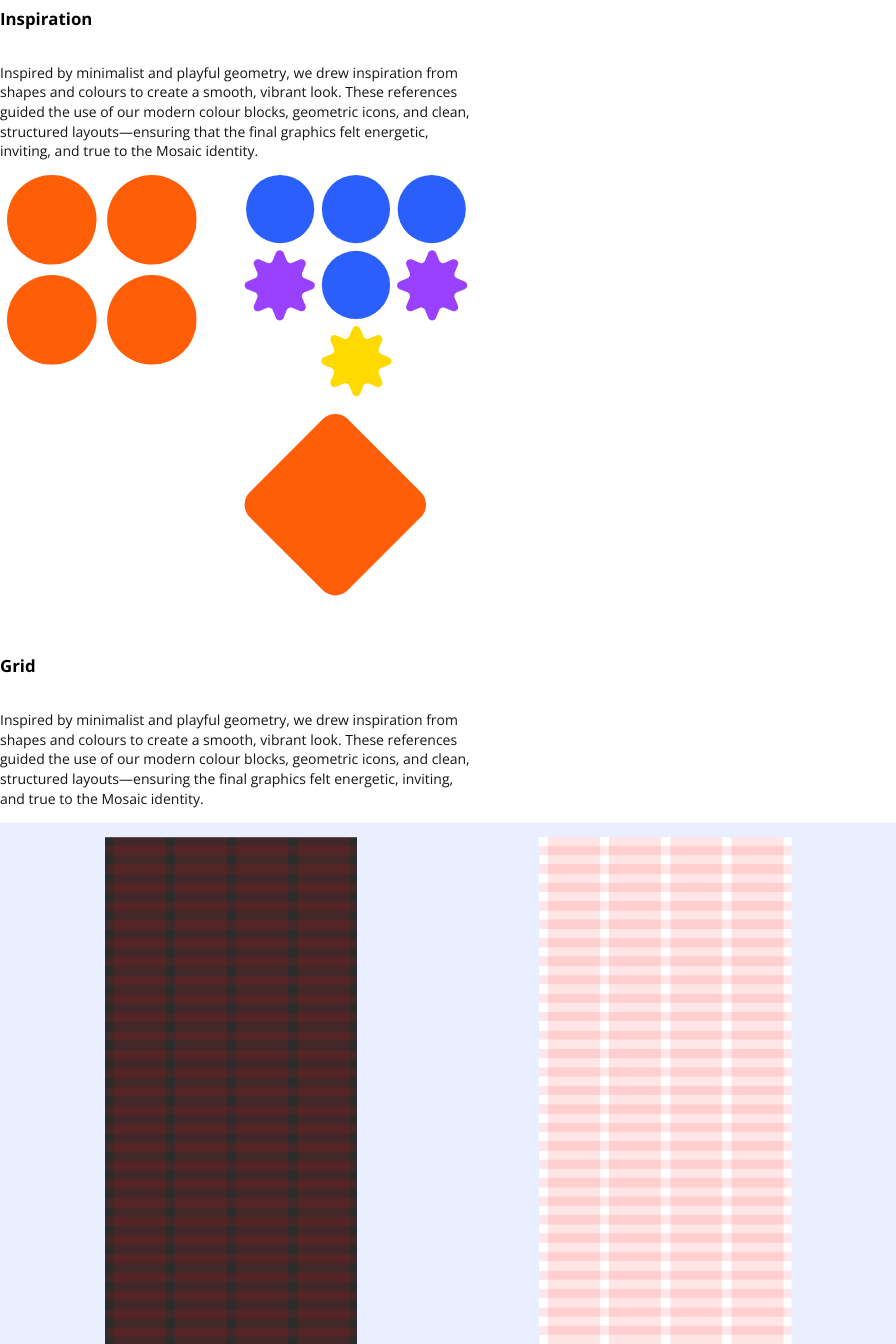
Repository: brunaguarizo/MDIA2109_Mosaic
Page: graphics.html
An editor plug-in stored every save of this project. The page is shown before and after the next save, followed by the edit.
The browser window is 1280 px wide. The pictures show the part of the page from y = 920 to 2840 px (the page is 3161 px tall before and 3209 px after), at 70% of full size.
Some web fonts or font styles are not loaded; a fallback is used.

Above is the page before, as saved 2025-04-07 19:36:01.

### graphics.html
<!DOCTYPE html>
<html lang="en">
<head>
    <meta charset="UTF-8">
    <meta name="viewport" content="width=device-width, initial-scale=1.0">
    <title>Mosaic - Styleguide</title>

    <link rel="stylesheet" href="CSS/styles.css">
    <link rel="stylesheet" href="CSS/variables.css">
    <link rel="stylesheet" href="CSS/graphics.css">

    <link rel="icon" href="img/mosaic-favicon.svg" type="image/svg+xml">

    <link rel="preconnect" href="https://fonts.googleapis.com">
    <link rel="preconnect" href="https://fonts.gstatic.com" crossorigin>
    <link href="https://fonts.googleapis.com/css2?family=Archivo+Black&family=Boldonse&family=Changa+One:ital@0;1&family=Erica+One&family=Open+Sans:ital,wght@0,300..800;1,300..800&display=swap" rel="stylesheet">

</head>
<body>
    <div class="nav-bar">

        <a href="index.html">
            <img class="logo" src="img/Logo-Horizontal.svg" alt="Mosaic - Horizontal Logo - Negative" />
        </a>

        <div class="menu">
            <a class="menu-item menu-text" href="index.html">Overview</a>
            <a class="menu-item menu-text" href="logo.html">Logo and Symbol</a>
            <a class="menu-item menu-text" href="type.html">Typography</a>
            <a class="menu-item menu-text" href="color.html">Color</a>
            <a class="menu-item menu-text" href="icon.html">Iconography</a>
            <a class="menu-item menu-text" href="image.html">Imagery</a>
            <a class="menu-item menu-text" href="graphics.html">Graphics</a>
            <a class="menu-item menu-text" href="references.html">References</a>
        </div>
    </div>


    <main class="Container">
        <header class="banner-hero">
            <h2 class="title-section">Graphics</h2>
            <div class="image-hero">
                <img src="img/graphics/Graphics Display.svg" alt="Mosaic - Graphic">
            </div>
            <div class="text">
                <p class="body-text">Mosaic, at its core, captures the energy of designers, developers, and marketers - each shape displays a vital piece in bringing ideas and solutions together. To represent this, our graphics revolve around bold geometric elements that mirror this energy; uniting them into a cohesive, inspiring whole.</p>
            </div>
            <div>
        </header>
        <section class="graphics-block">
            <div class="content-block__Graphics">
                <h2 class="content-block-Graphics_Header">Inspiration</h2>
                 <p class="text body-text">Inspired by minimalist and playful geometry, we drew inspiration from shapes and colours to create a smooth, vibrant look. These references guided the use of our modern colour blocks, geometric icons, and clean, structured layouts—ensuring that the final graphics felt energetic, inviting, and true to the Mosaic identity.</p>
            </div>
            <div class="Graphics_Representation">
                <div class="graphic-item_Circles">
                    <img src="img/graphics/Circles.svg">
                </div>
                <div class="graphic-item_Miscalenous">
                    <img src="img/graphics/Miscalenous.svg">
                </div>
                <div class="graphic-item_Diamonds">
                    <img src="img/graphics/Diamonds.svg">
                </div>


            </div>
            <div class="content-block__Grids">
                <h2 class="content-block-Grids_Header">Grid</h2>
                 <p class="text body-text">Inspired by minimalist and playful geometry, we drew inspiration from shapes and colours to create a smooth, vibrant look. These references guided the use of our modern colour blocks, geometric icons, and clean, structured layouts—ensuring the final graphics felt energetic, inviting, and true to the Mosaic identity.</p>
            </div>
            <div class="Grid_Representation">
                <div class="grid-image">
                    <img src="img/graphics/Grid 1.svg">
                </div>
                <div class="grid-image">
                    <img src="img/graphics/Grid 2.svg">
                </div>



            </div>

        </section>


        <div class="button-row">
            <a class="button-content" href="color.html">
                <img src="img/arrow-left.svg" alt="Arrow left">
                <p class="button">Color</p>
            </a>
            <a class="button-content" href="references.html">
                <p class="button">References</p>
                <img src="img/arrow-right.svg" alt="Arrow Right">
            </a>
        </div>

    </main>

    <footer class="footer">
        <div class="two-column">
            <a href="index.html" >
                <img class="logo" src="img/Logo-Horizontal.svg" alt="Mosaic - Horizontal Logo - Negative" />
            </a>
            <p class="footer-text">© 2025 Mosaic. All rights reserved.</p>
        </div>
    </footer>

</body>

### CSS/styles.css
/* ------------------------------------------------------ GENERAL STYLES ------------------------------------------------------ */
html, body {
    width: 100%;
    margin: 0;
    padding: 0;
    font-family: var(--font-family);
    box-sizing: border-box;
    height: 100%;
}

*, *::before, *::after {
    box-sizing: inherit;
}

html {
    display: flex;
    flex-direction: column;
    align-items: center;
    gap: var(--space-extra-large);
}

.container {
    display: grid;
    grid-template-columns: 1fr;
    gap: var(--space-large);
    margin: var(--space-large) auto var(--space-large) auto;
    max-width: 1512px;
    width: 100%;
}

.two-column {
    display: grid;
    grid-template-columns: 1fr 1fr;
    gap: var(--space-large);
    width: 100%;
}

.three-column {
    display: grid;
    grid-template-columns: 1fr 1fr 1fr;
    gap: var(--space-large);
}


.header-xxlarge {
    color: var(--black);
    font-size: var(--header-xxlarge-size);
    font-weight: var(--font-weight-700);
    line-height: var(--line-height-xxlarge);
    margin-bottom: var(--space-medium);
}

.title-section {
    color: var(--black);
    font-size: var(--title-section-font-size);
    font-weight: var(--font-weight-600);
    line-height: var(--line-height-large);
    margin-bottom: var(--space-regular);
    text-decoration: none;
}

.body-text {
    color: var(--black);
    font-size: var(--body-text-font-size);
    font-weight: var(--font-weight-400);
    line-height: var(--line-height-medium);
    margin-top: 0;
}

.menu-text {
    color: var(--white);
    font-size: var(--menu-font-size);
    font-weight: var(--font-weight-400);
    line-height: var(--line-height-small);
    text-decoration: none;
}

.menu-text-hover {
    font-weight: var(--menu-text-hover-font-weight);
}

.label {
    color: var(--black);
    font-size: var(--label-font-size);
    font-weight: var(--font-weight-400);
    line-height: var(--line-height-small);
}

.button {
    color: var(--white);
    text-align: center;
    font-size: var(--button-font-size);
    font-weight: var(--font-weight-600);
    line-height: var(--line-height-medium);
    text-decoration: none;
}

/* ----- NAV BAR ----- */
.nav-bar {
    display: flex;
    width: 100%;
    height: 80px;
    padding: 0 var(--space-large);
    justify-content: space-between;
    align-items: center;
    background-color: var(--blue-primary);
    position: fixed;
    top: 0;
    left: 0;
    right: 0;
    z-index: 1000;
}

.menu {
    display: flex;
    align-items: center;
    gap: var(--space-large);
}

/* ----- BUTTONS ----- */
.button-row {
    display: grid;
    grid-template-columns: repeat(2, 1fr);
    gap: var(--space-large);
    margin: var(--space-large) auto;
    width: 100%;
}

.button-content {
    width: 100%;
    max-width: none;
    height: var(--space-large);
    gap: 48px;
    border-radius: 8px;
    display: flex;
    justify-content: space-between;
    align-items: center;
    padding: var(--space-medium);
    background-color: var(--blue-primary);
    border: none;
    box-sizing: border-box;
    margin: 0;
    transition: all 0.3s ease;
    text-decoration: none;
}

.button-content:hover {
    background-color: var(--blue-900);
    transform: scale(1.1);
}

.button-content img {
    width: 20px;
    height: 20px;
}

.button-content p {
    color: var(--white);
    font-size: var(--menu-font-size);
}

/* ----- FOOTER ----- */
.footer {
    display: flex;
    width: 100%;
    height: 80px;
    padding: 0 var(--space-large);
    justify-content: space-between;
    align-items: center;
    background-color: var(--blue-900);
}

.footer .two-column {
    display: flex;
    justify-content: space-between;
    width: 100%;
    align-items: center;
}

.footer-text {
    color: var(--white);
    text-align: right;
    margin-left: auto;
}

### CSS/variables.css
/* ------------------------------------------------------ VARIABLES ------------------------------------------------------ */
:root {
    /* ----- COLORS ----- */
    --blue-primary: rgb(43,95,252);
    --blue-50: rgb(234, 239, 255);
    --blue-900: rgb(18, 40, 106);
    --white: #FFFFFF;
    --black: rgb(20, 20, 20);
    --grey-400: rgb(67, 67, 67);
    --yellow-secondary: rgb(255, 218, 1);
    --orange-secondary: rgb(255, 94, 9);
    --green-secondary: rgb(0, 193, 79);
    --purple-secondary: rgb(154, 65, 255);

    /* ----- TYPE ----- */
    --font-family: "Open Sans", sans-serif;
    --header-xxlarge-size: 88px;
    --title-section-font-size: 30px;
    --button-font-size: 24px;
    --body-text-font-size: 20px;
    --menu-font-size: 16px;
    --label-font-size: 16px;
    --font-style-normal: normal;
    --font-weight-700: 700;
    --font-weight-600: 600;
    --font-weight-400: 400;
    --menu-text-hover-font-weight: 700;
    --line-height-xxlarge: 100px;
    --line-height-large: 36px;
    --line-height-medium: 28px;
    --line-height-small: 20px;

    /* ----- SPACING ----- */
    --space-small: 8px;
    --space-regular: 16px;
    --space-medium: 32px;
    --space-large: 48px;
    --space-extra-large: 140px;
}

### CSS/graphics.css
/* ----- BANNER HERO ----- */
.banner-hero {
    display: flex;
    width: 100%;
    max-width: 1512px;
    height: fit-content;
    padding: var(--space-large);
    flex-direction: column;
    align-items: flex-start;
    background: var(--blue-50);
    margin: 0 auto;
    overflow: hidden;
    padding-top: var(--space-extra-large);
}

.image-hero {
    display: flex;
    flex-direction: row;
    align-items: center;
    margin: 0;
}

.text {
    max-width: 686px;
    margin-top: var(--space-large);
}
/* GRAPHICS */
.Graphics_Representation{
    display: grid;
    grid-template-columns: 1fr 1fr 1fr;
    grid-template-rows: 1fr;
}
.graphic-item_Circles{
    grid-column: 1/2;
    width: 100%;
}
.graphic-item_Diamonds{
    grid-column: 2/3;
    width: 100%;
}
.graphic-item_Miscelanous{
    grid-column: 3/4;
    width: 100%;
}

/* Grid */

.Grid_Representation{

    display: grid;
    grid-template-columns: 1fr 1fr;
    grid-template-rows: 1fr;
    background-color: var(--blue-50);;
    padding: 20px;
    border: 10px;
    width: 100%;

}

.grid-image{
    display: flex;
    justify-content: center;
}

.graphics-block{
    display: flex;
    width: 100%;
    max-width: 1512px;
    height: fit-content;
    flex-direction: column;
    align-items: flex-start;
    margin: 0 auto;

}

.content-block-Grids_Header,.content-block__Graphics{
    padding-top: var(--space-large);
}

After the next save:
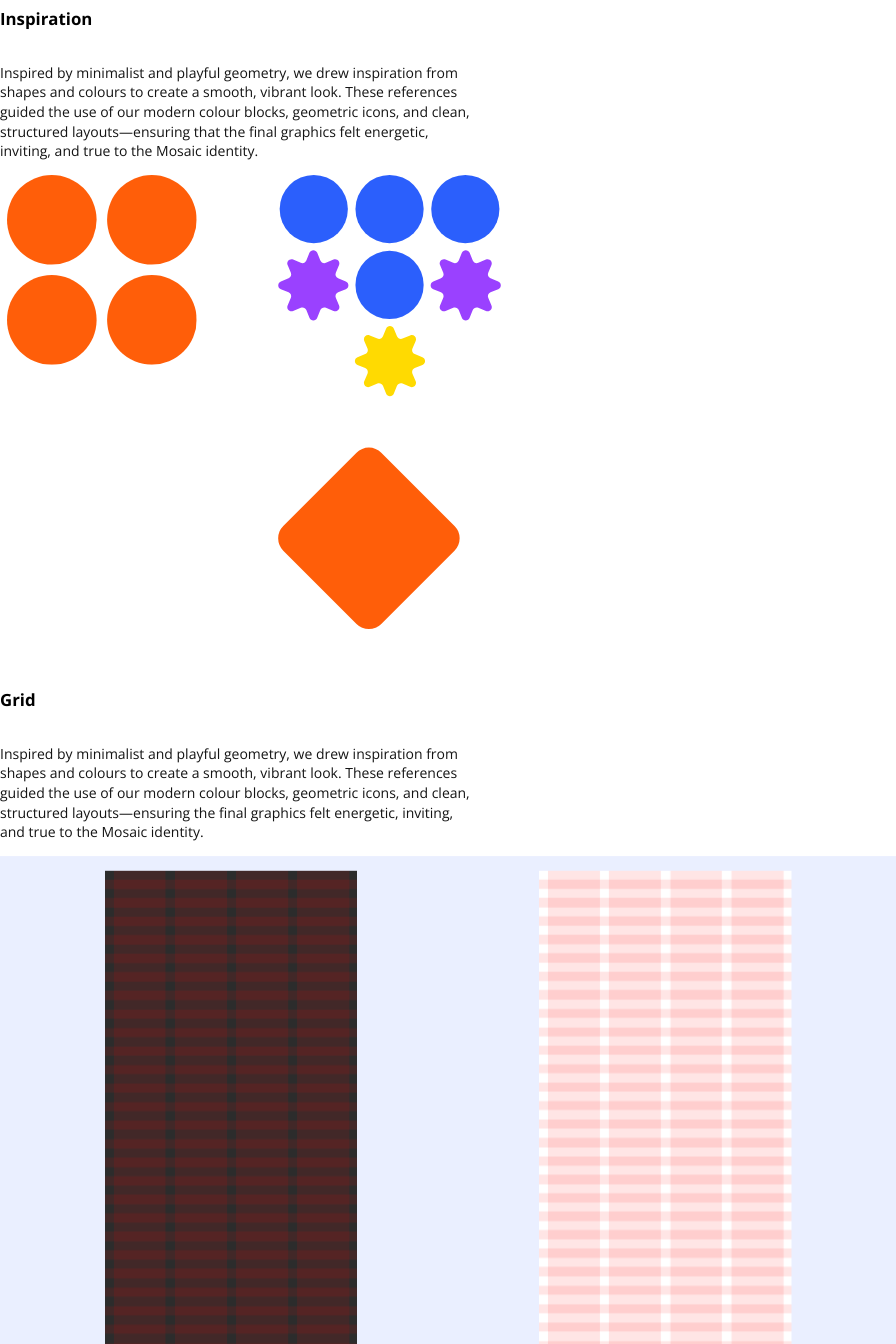
Saved 34 s later.
--- a/graphics.html
+++ b/graphics.html
@@ -52,7 +52,7 @@
                 <h2 class="content-block-Graphics_Header">Inspiration</h2>
                  <p class="text body-text">Inspired by minimalist and playful geometry, we drew inspiration from shapes and colours to create a smooth, vibrant look. These references guided the use of our modern colour blocks, geometric icons, and clean, structured layouts—ensuring that the final graphics felt energetic, inviting, and true to the Mosaic identity.</p>
             </div>
-            <div class="Graphics_Representation">
+            <div class="three-column">
                 <div class="graphic-item_Circles">
                     <img src="img/graphics/Circles.svg">
                 </div>
